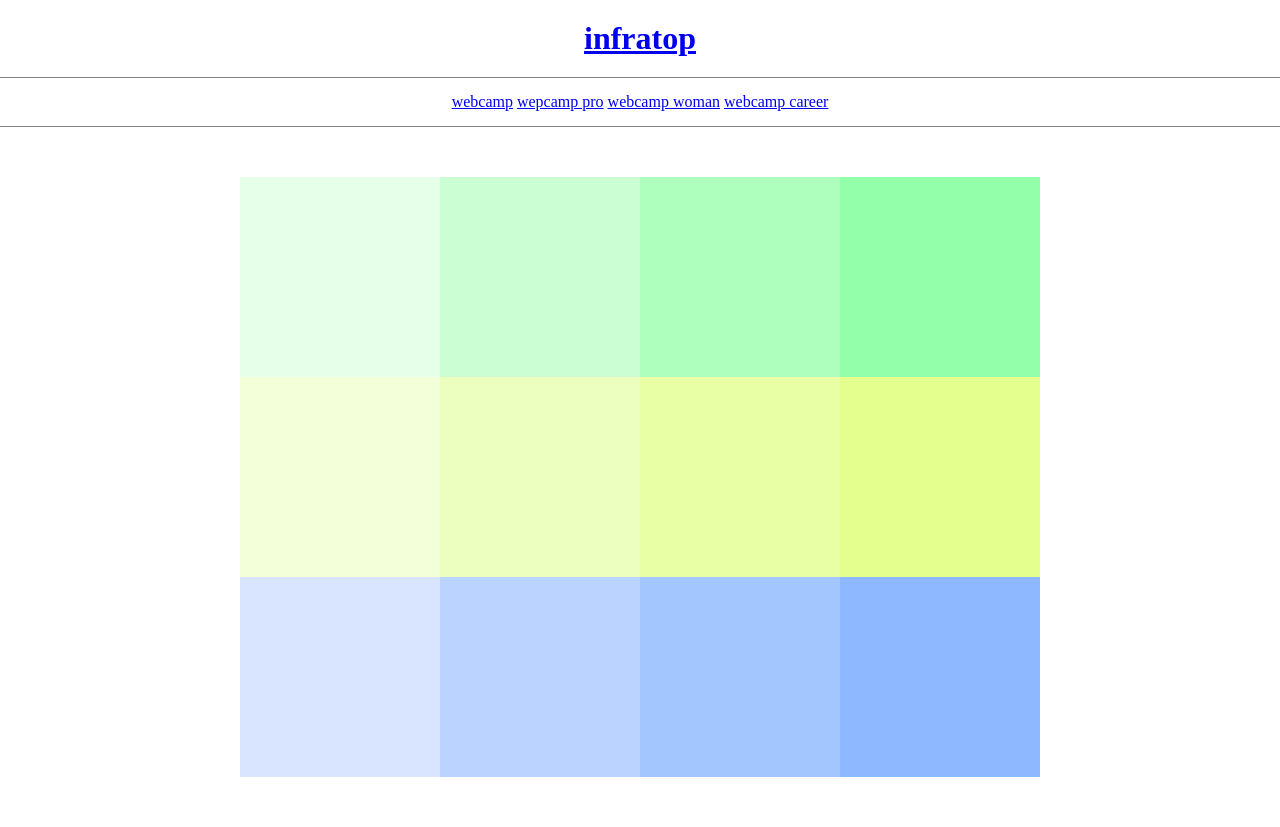
Repository: nosuyuki1002/git-practice2
Page: chapter5/chaoter.html
The author's editor kept a record of every edit. The page is drawn from the files as they stood at one moment, then again after the next edit.
The browser window is 1280 px wide. The pictures show the whole page.

Above is the page before.

### chapter5/chaoter.html
<!DOCTYPE html>
<html lang="ja">
  <head>

    <meta charest="UTF-8">
    <link rel="stylesheet" href ="style.css">
    <title>CHAPTER5</title>

  </head>

  <body>

    <header>
      <h1 class="heading">
        <a href="infratop.html">
          infratop
        </a>
      </h1>
    </header>

    <nav>
      <ul class="nav-list">

        <li class="nav-list-item">
          <a href="infratop.html">webcamp</a>
          <a href="infratop.html">wepcamp pro</a>
          <a href="infratop.html">webcamp woman</a>
          <a href="infratop.html">webcamp career</a>
        </li>
      </ul>
    </nav>

    <div class="main">
      <div class="box1"></div>
      <div class="box2"></div>
      <div class="box3"></div>
      <div class="box4"></div>
      <div class="box5"></div>
      <div class="box6"></div>
      <div class="box7"></div>
      <div class="box8"></div>
      <div class="box9"></div>
      <div class="box10"></div>
      <div class="box11"></div>
      <div class="box12"></div>
    </div>

  </body>
</html>

### chapter5/style.css
* {
  margin: 0;
  padding: 0;
  box-sizing: border-box;
}

header {
  width: 100%;
  padding: 20px 0;
  text-align: center;
}

.nav-list {
  text-align: center;
  padding: 15px 0;
  margin: 0 auto;
  border-top: 1px solid #848282;
  border-bottom: 1px solid #848282;
}

.nav-list-item {
  list-style: none;
  display: inline-block;
  margin: 0 20px;
}

.main {
  margin: 50px auto;
  width: 800px;
  display: flex;
  flex-wrap: wrap;
}

.box1 {
  height: 200px;
  width: 200px;
  background-color: #e6ffe9;
}

.box2 {
  height: 200px;
  width: 200px;
  background-color: #cbffd3;
}

.box3 {
  height: 200px;
  width: 200px;
  background-color: #aeffbd;
}

.box4 {
  height: 200px;
  width: 200px;
  background-color: #93ffab
}

.box5 {
  height: 200px;
  width: 200px;
  background-color: #f3ffd8;
}

.box6 {
  height: 200px;
  width: 200px;
  background-color: #edffbe;
}

.box7 {
  height: 200px;
  width: 200px;
  background-color: #e9ffa5;
}

.box8 {
  height: 200px;
  width: 200px;
  background-color: #e4ff8d;
}

.box9 {
  height: 200px;
  width: 200px;
  background-color: #d9e5ff;
}

.box10 {
  height: 200px;
  width: 200px;
  background-color: #bad3ff;
}

.box11 {
  height: 200px;
  width: 200px;
  background-color: #a4c6ff;
}

.box12 {
  height: 200px;
  width: 200px;
  background-color: #8eb8ff;
}

footer {
  width: 100%;
  height: 120px;
  text-align: center;
  line-height: 120px;
  background-color: #848282;
}

.footer-text {
  color: #fff;
}

After the next edit:
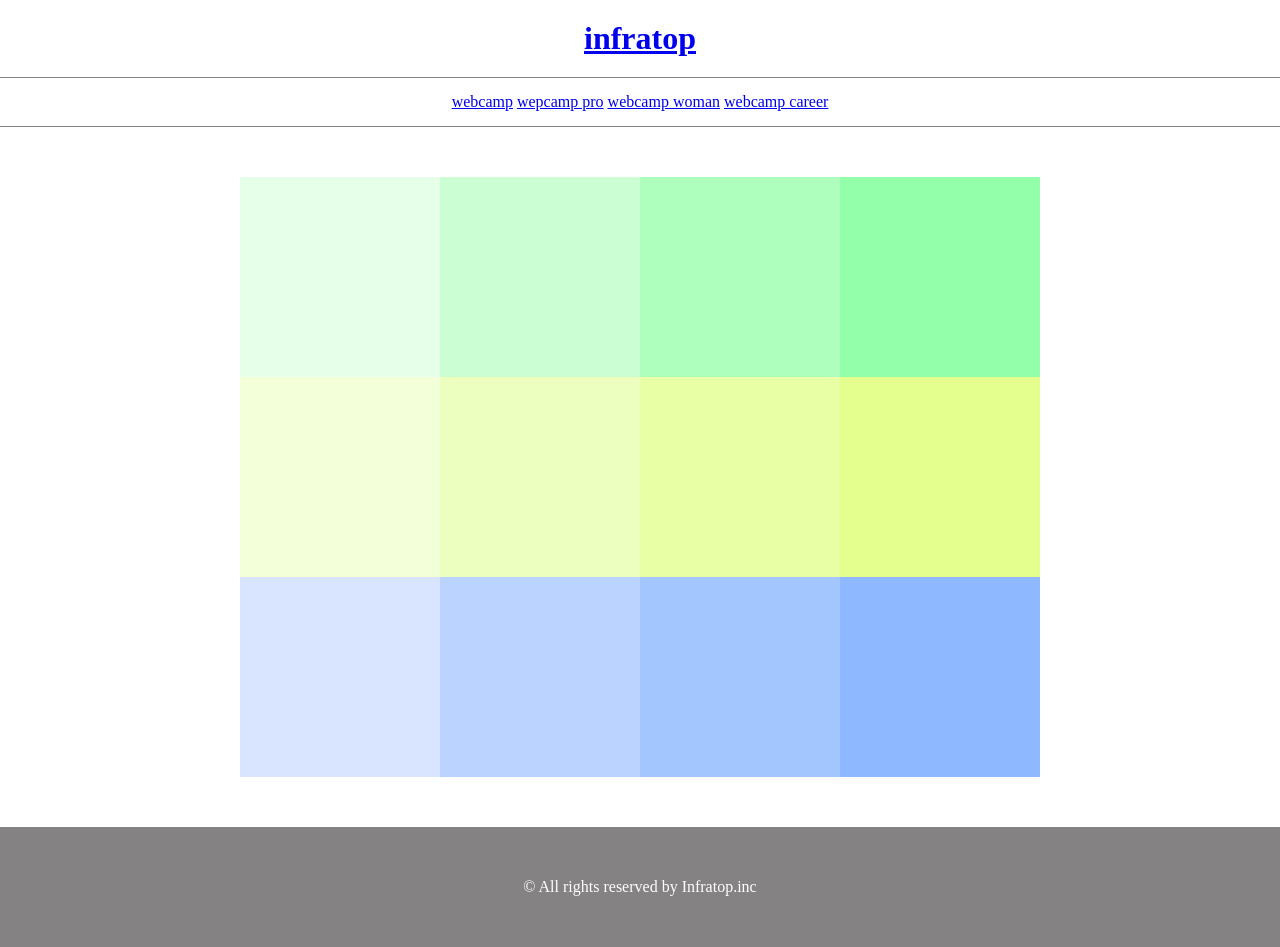
The edit:
--- a/chapter5/chaoter.html
+++ b/chapter5/chaoter.html
@@ -46,4 +46,8 @@
     </div>
 
   </body>
+
+  <footer>
+    <p class="footer-text">© All rights reserved by Infratop.inc</p>
+  </footer>
 </html>
